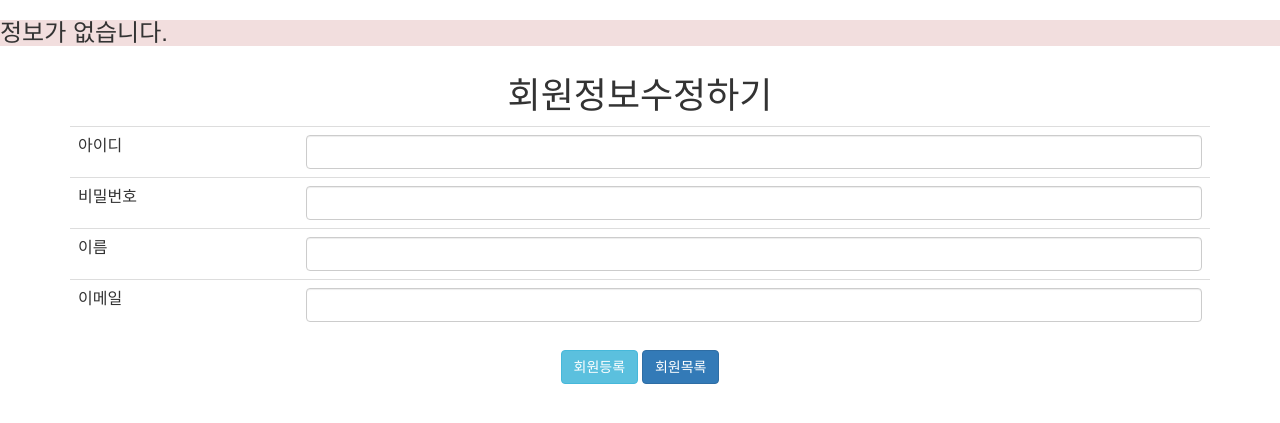
Repository: juhee1020/studying
Page: http://localhost/jsp02_database/jsp01_connect/jsp02_updateForm.jsp
An editor plug-in stored every save of this project. The page is shown before and after the next save, followed by the edit.
The browser window is 1280 px wide. The pictures show the whole page.
The page is served by Tomcat 9. Queries for data that is not in the repository find no rows.

Above is the page before, as saved 2022-12-15 05:20:38.

After the next save:
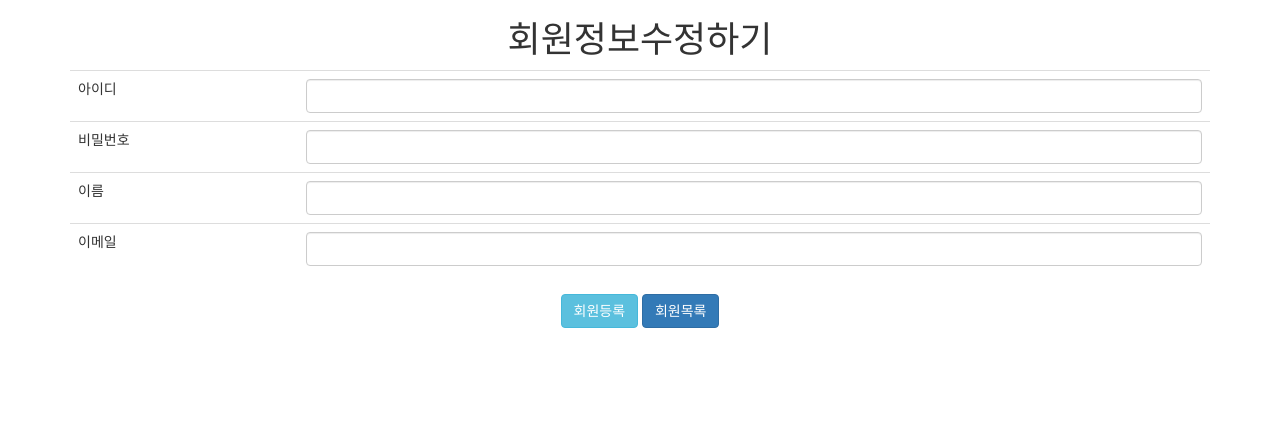
Saved 30 s later.
--- a/JSP/jsp02_database/WebContent/jsp01_connect/jsp02_updateForm.jsp
+++ b/JSP/jsp02_database/WebContent/jsp01_connect/jsp02_updateForm.jsp
@@ -21,34 +21,6 @@ Class.forName("org.mariadb.jdbc.Driver");
 Connection conn=null;
 Statement stmt=null;
 ResultSet  rs=null;
-try{
-	// 2. Connection DB 연결
-	conn=DriverManager.getConnection(URL, USR, PWD);
-
-
-	// 3. Statement SQL 쿼리 실행
-	stmt=conn.createStatement();
-	rs=stmt.executeQuery(sql);
-
-	if(rs.next()){
-		pw=rs.getString("password");
-		name=rs.getString("name");
-		email=rs.getString("email");
-	}else{
-		out.write("<h3 class='bg-danger text-white'>"+id+"정보가 없습니다.</h3>");
-	}
-	}catch(Exception e){
-		out.write("<h3 class='bg-danger text-white'>DB 접속실패</h3>");
-	}finally{
-		// close() DB 연결 해제
-		try{
-			if(rs!=null)rs.close();
-			if(stmt!=null)stmt.close();
-			if(conn!=null)conn.close();
-		}catch(Exception e){
-			// 더미
-		}
-	}
 %>
 <!DOCTYPE html>
 <html>
